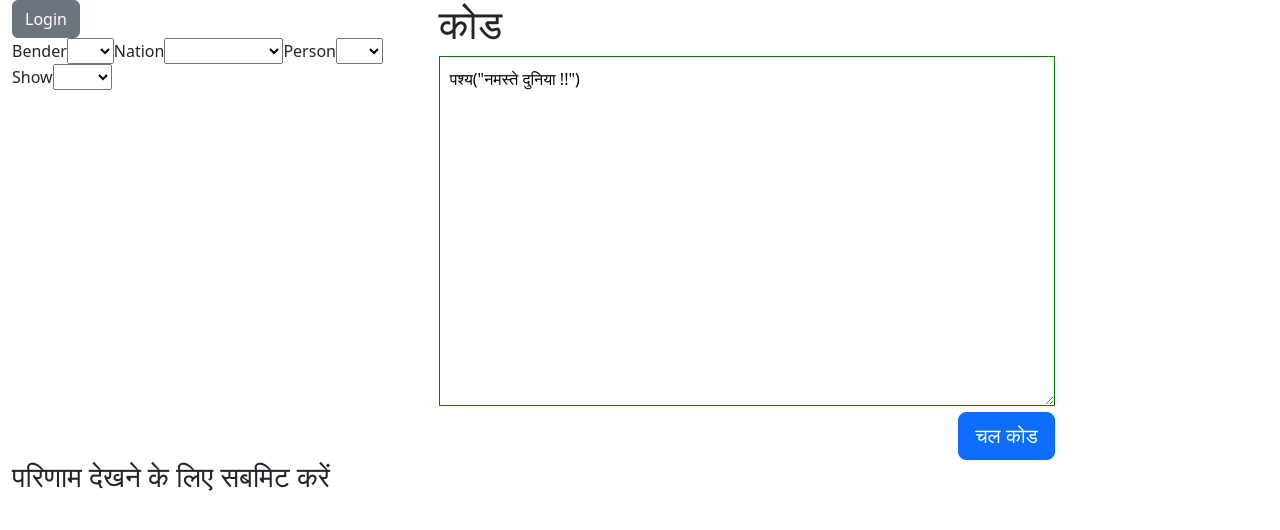
Repository: Vivek3072/webapp_shuniya_code.com
Page: /
The author's editor kept a copy of each file at every save. The page is drawn from the files as they stood at one save, then again after the next save.
The browser window is 1280 px wide. The pictures show the whole page.
The project was rebuilt for these pictures with package versions that can differ from the ones it lists, and the page was loaded fresh each time. Also part of the build but not shown: src/components/Login.js, src/components/Singup.js, src/home/filteritems.js. Imported but missing from the stored project, and not drawn on this page: src/axiosApi.

Above is the page before, as saved 2021-02-28 00:39:54.

After the next save:
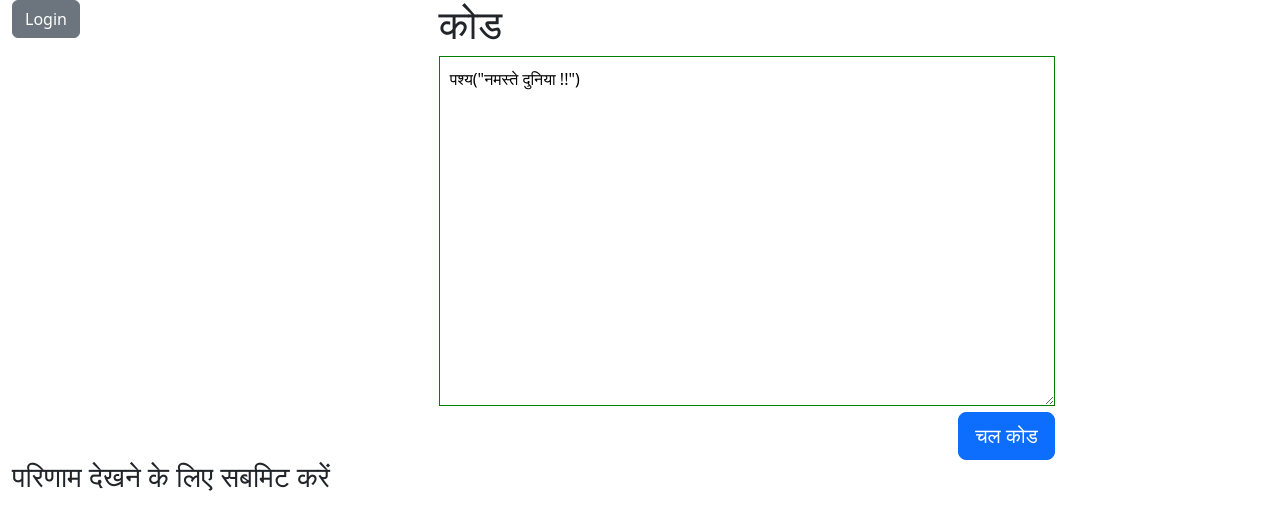
Saved 5 min 42 s later.
--- a/src/home/index.js
+++ b/src/home/index.js
@@ -124,16 +124,7 @@ export default class home extends Component {
             <div className="col-sm-6 col-md-4 col-lg-4">
           {token? null : <button type="button" className="btn btn-secondary userLogin" onClick={this.login}>Login</button>}
 
-          <FilterOptions
-            data={this.state.data}
-            benderOptions={benderArray}
-            nationOptions={nationArray}
-            personOptions={personArray}
-            showOptions={showArray}
-            changeOption={this.filterItems} />
-          <div className="filter-form">
-          {/* <FilterItems data={filteredItems} /> */}
-        </div>
+
 
             </div>
             <div className="col-sm-12 col-md-6 col-lg-6">
